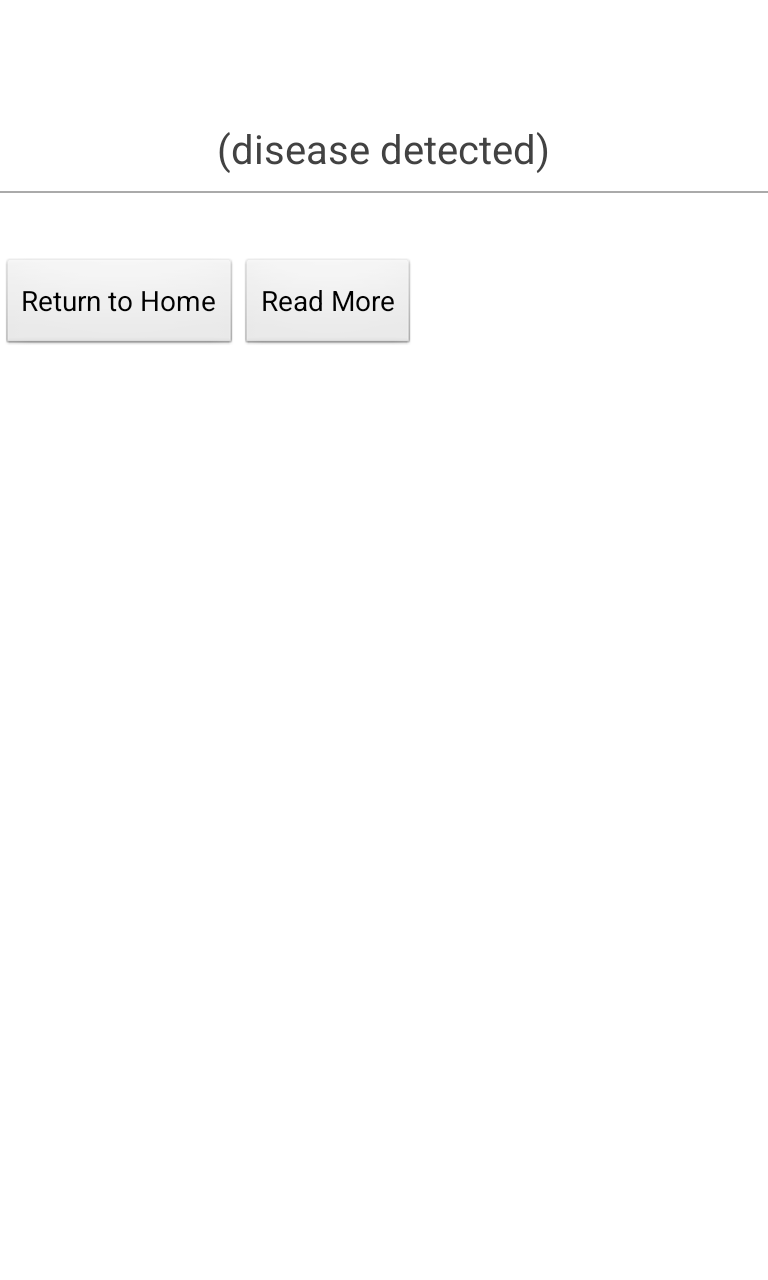
Repository: justnaelin/PhytoSenseIt-app
Layout: PhytoSenseIt/res/layout/activity_results.xml
These files come from the project's save history. The layout is drawn as it stood at one moment and after the next save; the edit follows.
It is drawn on a 768 x 1280 px phone screen (xhdpi) without system bars, with theme android:Theme.NoTitleBar.Fullscreen; the app's code is not run.

Above is the layout before, as saved 2015-07-29 18:53:41.

After the next save:
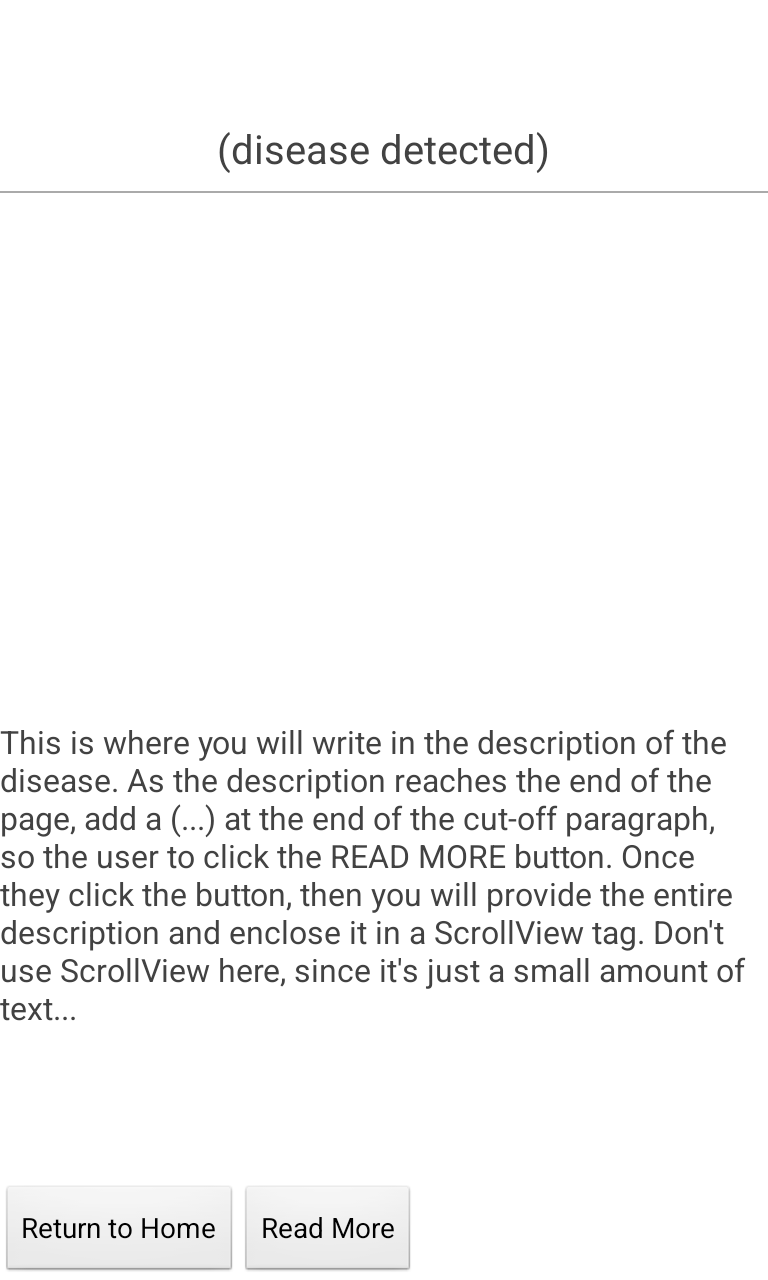
Saved 2 min 42 s later.
--- a/PhytoSenseIt/res/layout/activity_results.xml
+++ b/PhytoSenseIt/res/layout/activity_results.xml
@@ -52,8 +52,9 @@
 
     <LinearLayout
         android:layout_width="match_parent"
-        android:layout_height="match_parent"
-        android:layout_below="@+id/description" >
+        android:layout_height="wrap_content"
+        android:layout_below="@+id/description"
+         >
 
         <Button
             android:id="@+id/return_home"
@@ -68,4 +69,4 @@
             android:text="Read More" />
     </LinearLayout>
 
-    </LinearLayout>
+</LinearLayout>
